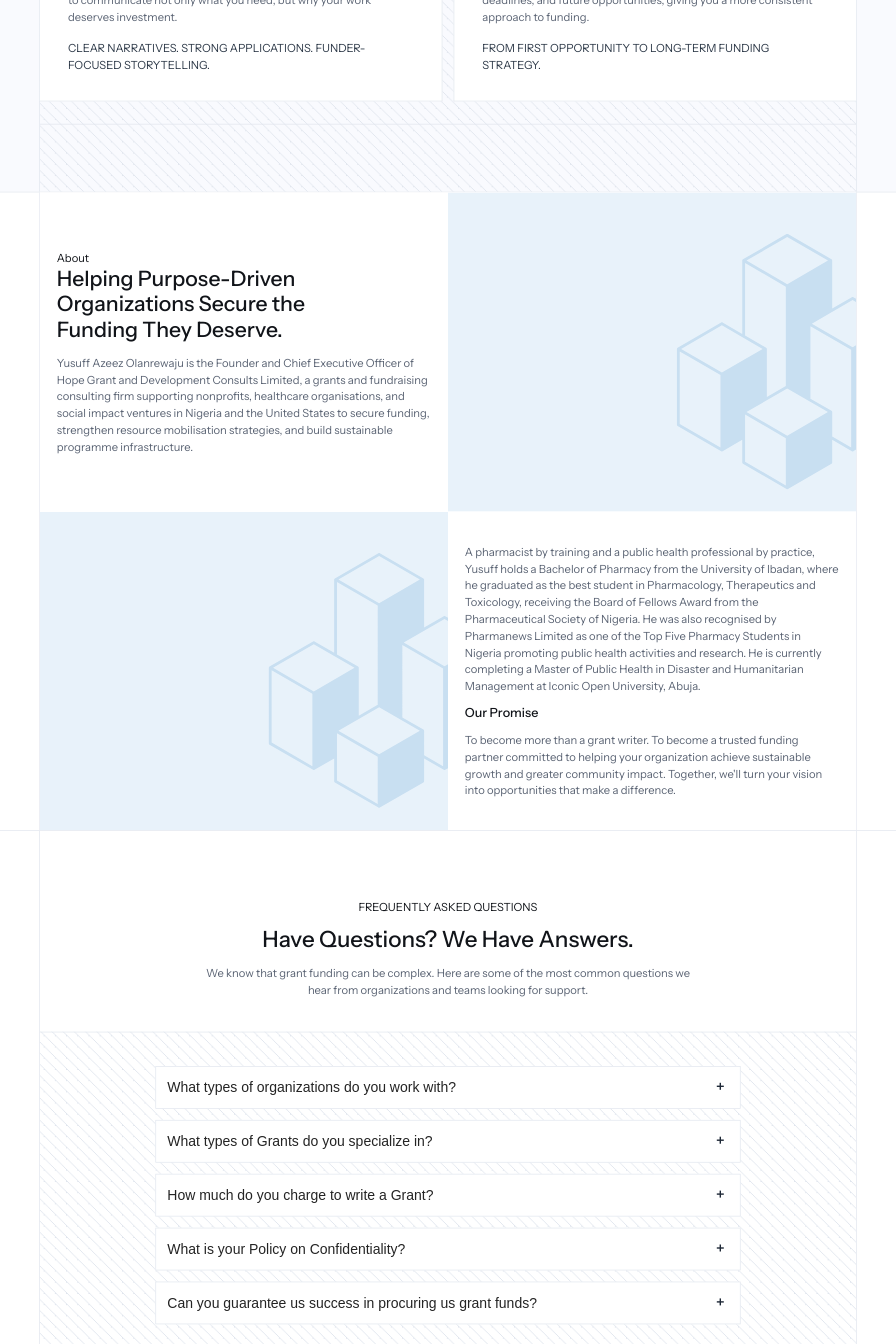
Repository: Ajeyinka/Upgrowth
Page: index.html
The author's editor kept a copy of each file at every save. The page is drawn from the files as they stood at one save, then again after the next save.
The browser window is 1280 px wide. The pictures show the part of the page from y = 3847 to 5767 px (the page is 6758 px tall), at 70% of full size.

Above is the page before, as saved 2026-09-24 18:21:54.

After the next save:
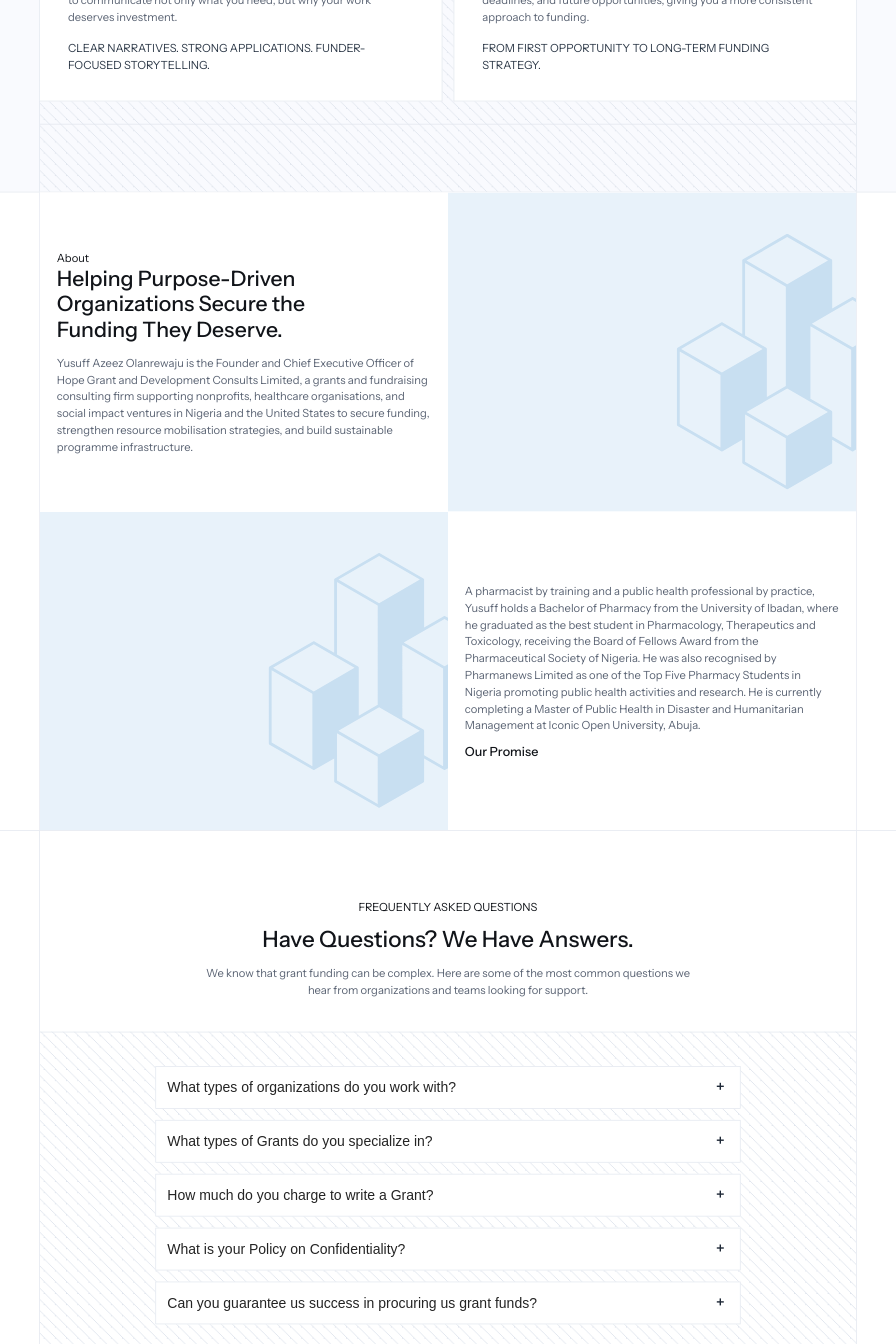
Saved 13 s later.
--- a/index.html
+++ b/index.html
@@ -295,13 +295,7 @@
                 <h3>Our Promise</h3>
               </div>
 
-              <p>
-                To become more than a grant writer. To become a trusted funding
-                partner committed to helping your organization achieve
-                sustainable growth and greater community impact. Together,
-                we'll turn your vision into opportunities that make a
-                difference.
-              </p>
+
             </div>
           </div>
         </div>
